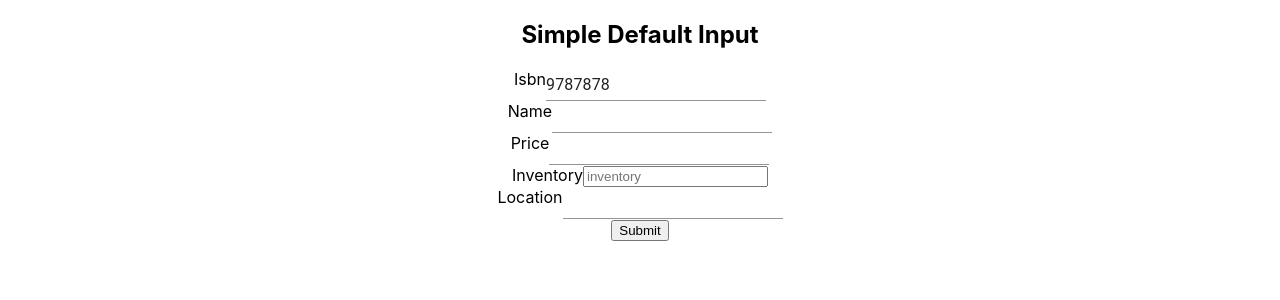
Repository: rishhabh-jain/isbndb
Page: /
These files come from the project's save history. The page is drawn as it stood at one moment and after the next save; the edit follows.
The browser window is 1280 px wide. The pictures show the whole page.
The project was rebuilt for these pictures with package versions that can differ from the ones it lists, and the page was loaded fresh each time.

Above is the page before, as saved 2022-02-03 13:29:31.

### src/App.js
import logo from './logo.svg';
import TextField from '@material-ui/core/TextField'
import { Form, Field } from 'react-final-form'
// import Image from 'material-ui-image';
import axios from 'axios';
import React , { useState , useEffect} from 'react';
import './App.css';

function App() {
  const [isbn, setIsbn] = useState("9787878");
  const [authors, setAuthors] = useState([]);
  const [binding, setBinding] = useState("");
  const [image, setImage] = useState("");
  const [title, setTitle] = useState("");
  const [price, setPrice] = useState("");
  const [location, setLocation] = useState("");
  const [condition, setCondition] = useState("");
  axios.get('http://localhost:8080/' ,{headers : {
    "Access-Control-Allow-Origin": "*",
    "Access-Control-Allow-Methods": "GET,PUT,POST,DELETE,PATCH,OPTIONS"
  }})
  .then(function (response) {
    // handle success
    console.log(response.data.book);
    setTitle(response.data.book.title);
    setIsbn(response.data.book.isbn13);
  })
  .catch(function (error) {
    // handle error
    console.log(error);
  })
  .then(function () {
    console.log("this will be always displayed");
  });
  const onTitleChange = (e) => {
    setTitle(e.target.value);
    console.log(title)
  }
  const onIsbnChange = (e) => {
    setIsbn(e.target.value);
  }
  const onPriceChange = (e) => {
    setPrice(e.target.value);
  }
  const onLocationChange = (e) => {
    setLocation(e.target.value);
  }
  return (
    <div className="App">
     <Form
    onSubmit={onSubmit}
    render={({ handleSubmit }) => (
      <form onSubmit={handleSubmit}>
        <h2>Simple Default Input</h2>
        {/* <Image
        src={image}/> */}
        <div>
          <label>Isbn</label>
          <TextField
          onChange={onIsbnChange}
          name={isbn}
          value={isbn}
        />
        </div>
        <div>
          <label>Name</label>
          <TextField
          onChange={onTitleChange}
        name={title}
        value={title}
      />
        </div>
        <div>
          <label>Price</label>
          <TextField
          onChange={onPriceChange}
        name={price}
        value={price}
      />
        </div>
        <div>
          <label>Inventory</label>
          <Field name="inventory" component="input" placeholder="inventory" />
        </div>
        <div>
          <label>Location</label>
          <TextField
          onChange={onLocationChange}
        name={location}
        value={location}
      />
        </div>
        {/* <div>
          <label>Condition</label>
          <Field name="condition" component="select">
              <option />
              <option value={condition} onSelect={onCondition}> Good </option>
              <option value={condition}> Like new </option>
              <option value={condition}> New </option>
              <option value={condition}> Readable</option>
            </Field>
        </div> */}

        <button type="submit">Submit</button>
      </form>

    )}
  />

    </div>
  );
}
const onSubmit = () => {
  window.alert("onsubmit working");
}


export default App;

Loaded but not shown: public/index.html (common file); src/index.js (common file); src/index.css (common file); src/reportWebVitals.js (common file); src/App.css (common file)

After the next save:
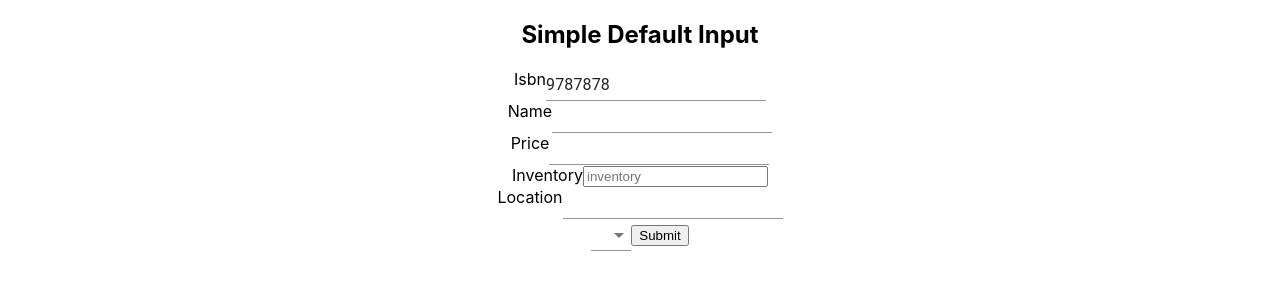
Saved 5 min 21 s later.
--- a/src/App.js
+++ b/src/App.js
@@ -1,6 +1,8 @@
 import logo from './logo.svg';
 import TextField from '@material-ui/core/TextField'
 import { Form, Field } from 'react-final-form'
+import { Select } from '@material-ui/core';
+import { MenuItem } from '@material-ui/core';
 // import Image from 'material-ui-image';
 import axios from 'axios';
 import React , { useState , useEffect} from 'react';
@@ -23,7 +25,7 @@ function App() {
     // handle success
     console.log(response.data.book);
     setTitle(response.data.book.title);
-    setIsbn(response.data.book.isbn13);
+    setIsbn(response.data.book.isbn);
   })
   .catch(function (error) {
     // handle error
@@ -44,6 +46,9 @@ function App() {
   }
   const onLocationChange = (e) => {
     setLocation(e.target.value);
+  }
+  const onConditionChange = (e) => {
+    setCondition(e.target.value);
   }
   return (
     <div className="App">
@@ -100,7 +105,15 @@ function App() {
               <option value={condition}> Readable</option>
             </Field>
         </div> */}
-
+    <Select
+          value={condition}
+          label="Age"
+          onChange={onConditionChange}
+        >
+          <MenuItem value="Good">Good</MenuItem>
+          <MenuItem value="New ">New</MenuItem>
+          <MenuItem value="Like New ">Like New </MenuItem>
+        </Select>
         <button type="submit">Submit</button>
       </form>
 
